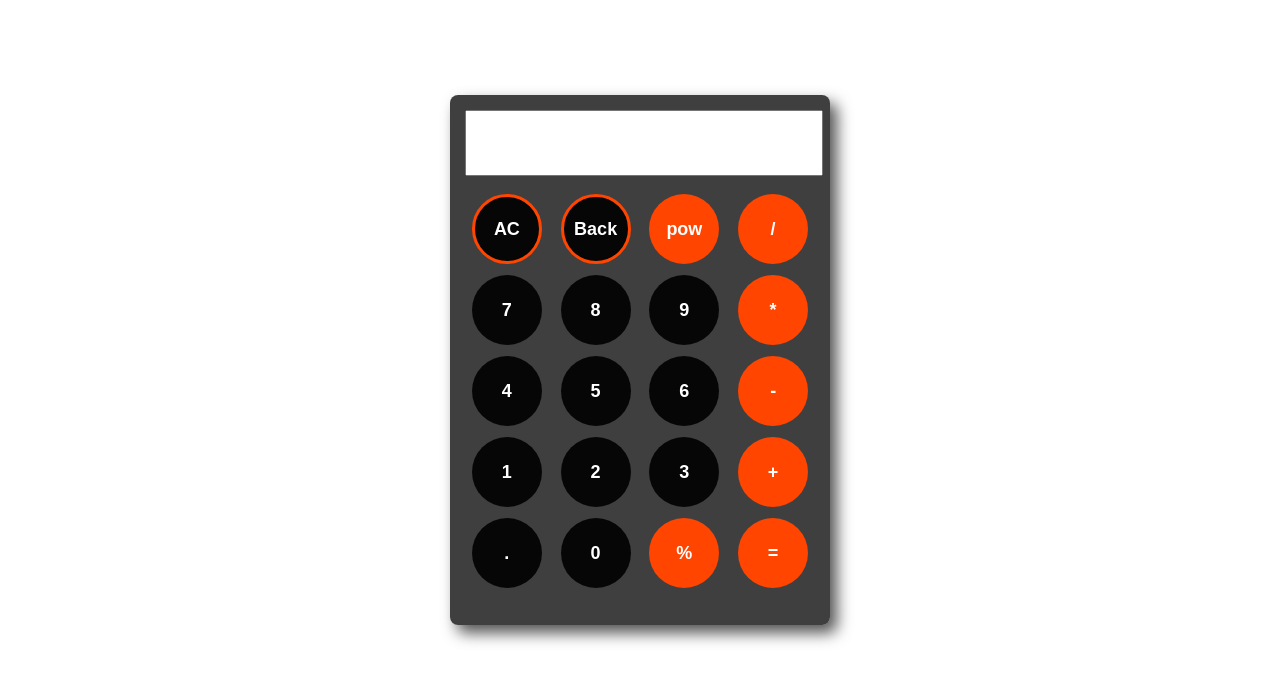
Repository: SakthivelDurai47/calculator
Page: index.html
An editor plug-in stored every save of this project. The page is shown before and after the next save, followed by the edit.
The browser window is 1280 px wide. The pictures show the whole page.

Above is the page before, as saved 2025-04-13 15:29:18.

After the next save:
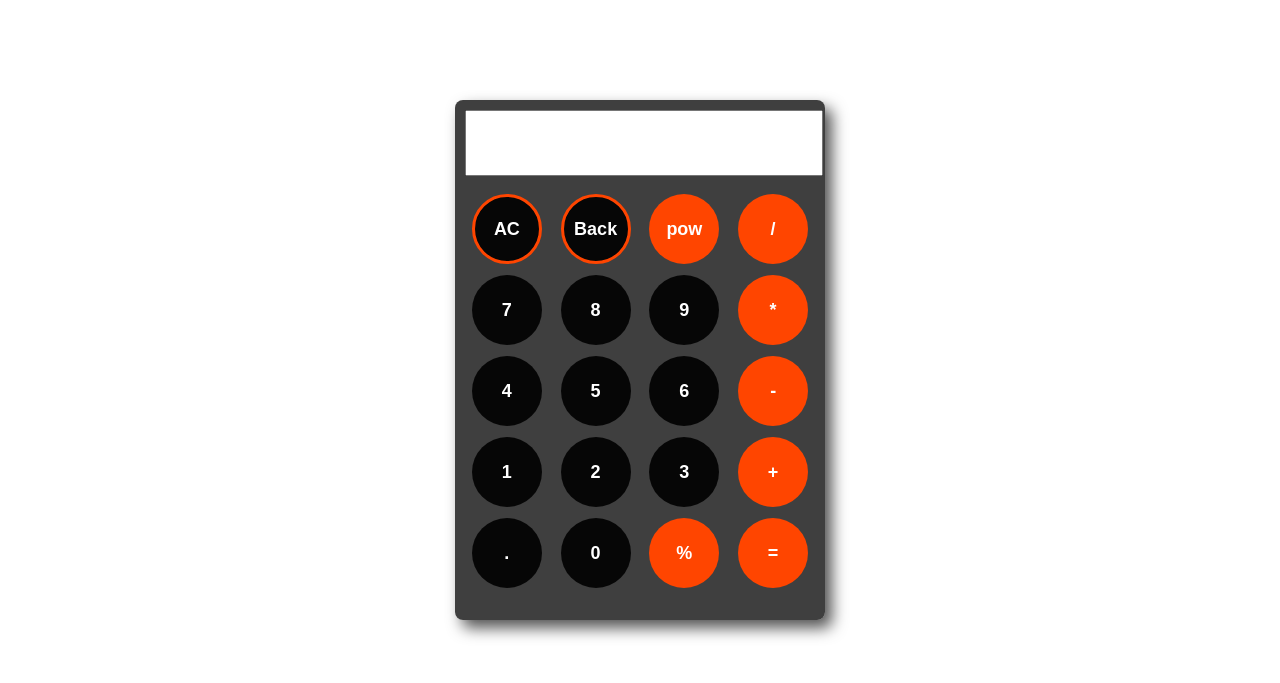
Saved 8 s later.
--- a/styles.css
+++ b/styles.css
@@ -48,7 +48,7 @@ button:active {
   border-radius: 8px;
   box-shadow: 7px 8px 15px rgba(0, 0, 0, 0.678);
   overflow: hidden;
-  padding: 15px;
+  padding: 10px;
 }
 #display {
   width: 100%;
